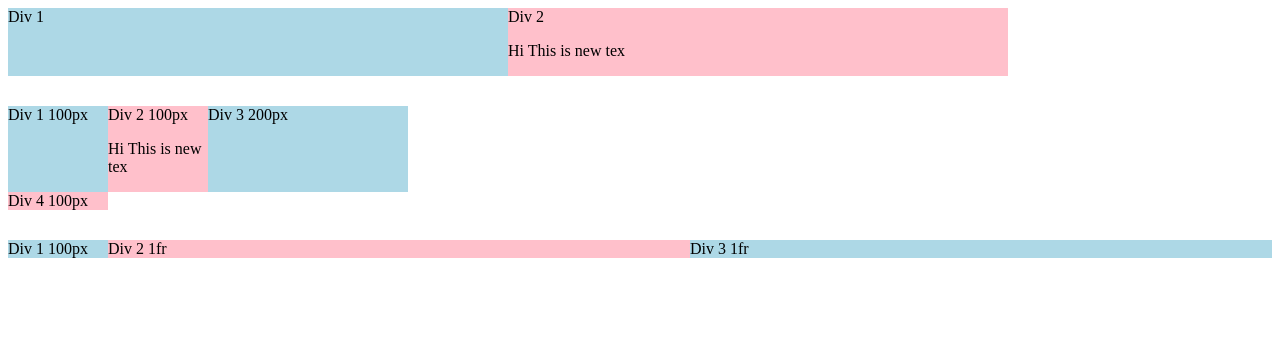
Repository: RagulRanjeeth/Frontend
Page: Exercises/Grids.html
These files come from the project's save history. The page is drawn as it stood at one moment and after the next save; the edit follows.
The browser window is 1280 px wide. The pictures show the whole page.

Above is the page before, as saved 2026-01-25 16:03:09.

After the next save:
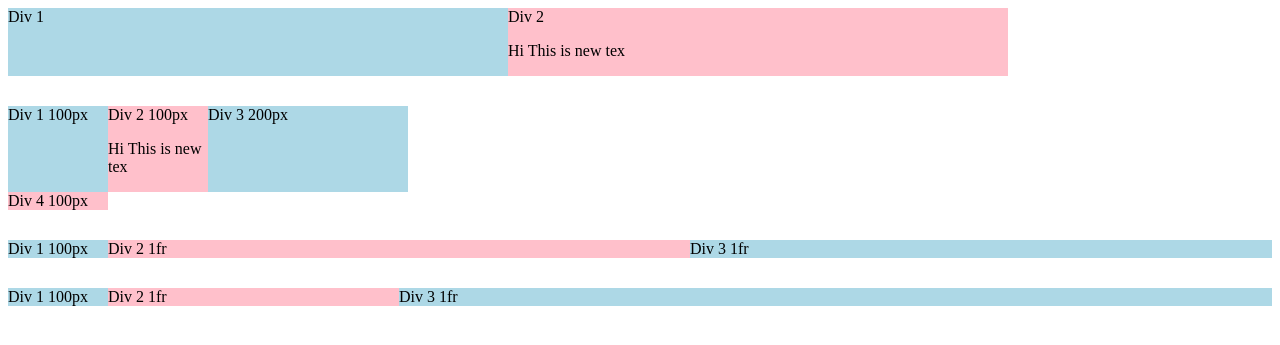
Saved 5 min 3 s later.
--- a/Exercises/Grids.html
+++ b/Exercises/Grids.html
@@ -34,6 +34,16 @@
                 <div style="background-color: lightblue">Div 3 1fr</div>
             </div>
 
+              <div style="
+            display: grid;
+            grid-template-columns: 100px 1fr 3fr;
+            margin-top: 30px;
+            ">
+                <div style="background-color: lightblue">Div 1  100px</div>
+                <div style="background-color: rgb(255, 192, 203)">Div 2 1fr</div>
+                <div style="background-color: lightblue">Div 3 1fr</div>
+            </div>
+
 
     </body>
 </html>
